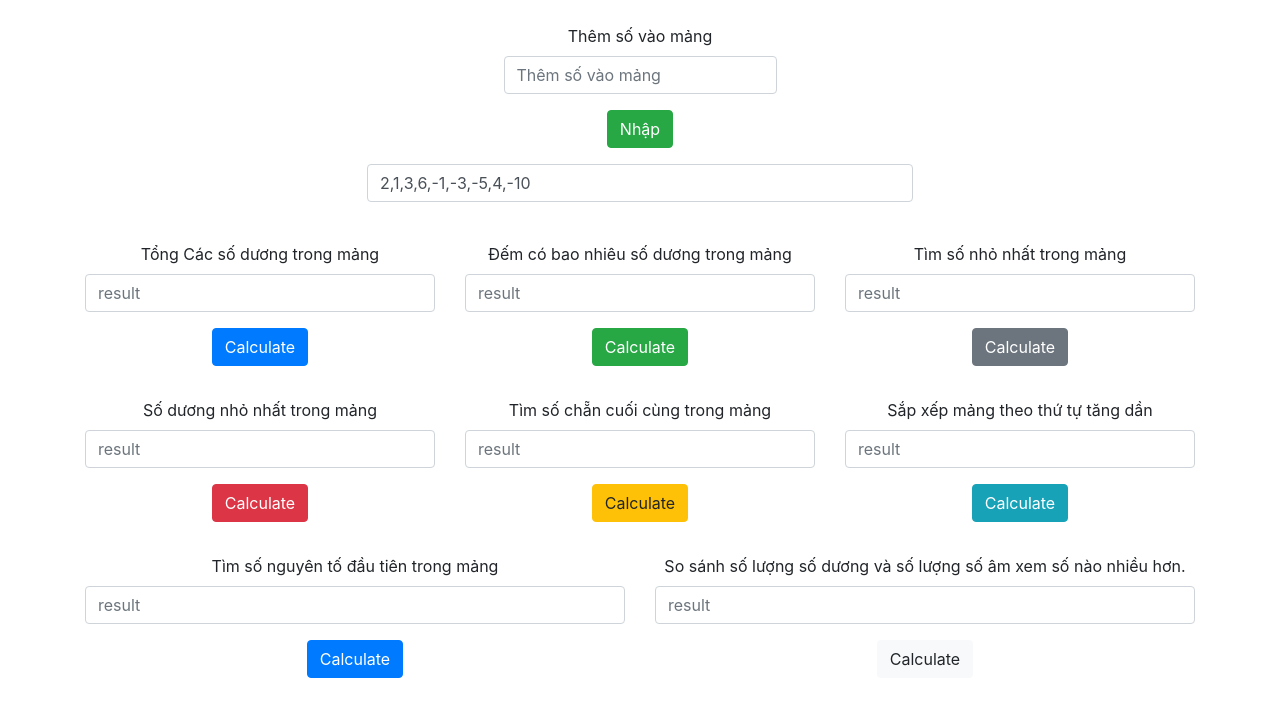
Repository: baobaodeveloper/bootcamp21__array__HuynhAnhBao
Page: index.html
These files come from the project's save history. The page is drawn as it stood at one moment and after the next save; the edit follows.
The browser window is 1280 px wide. The pictures show the whole page.

Above is the page before, as saved 2022-03-20 17:46:46.

After the next save:
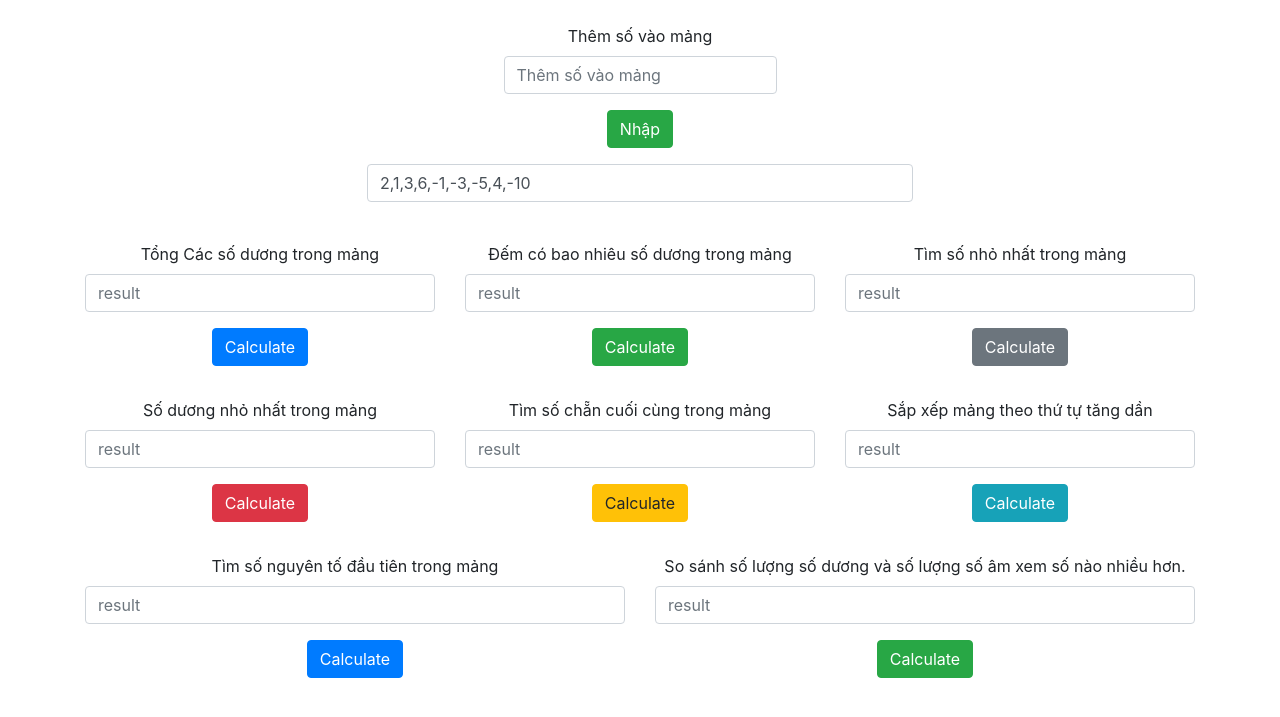
Saved 7 s later.
--- a/index.html
+++ b/index.html
@@ -157,7 +157,7 @@
             placeholder="result"
             id="result5"
           />
-          <button type="button" class="btn btn-light m-3" id="even-end">
+          <button type="button" class="btn btn-success m-3" id="even-end">
             Calculate
           </button>
         </div>
